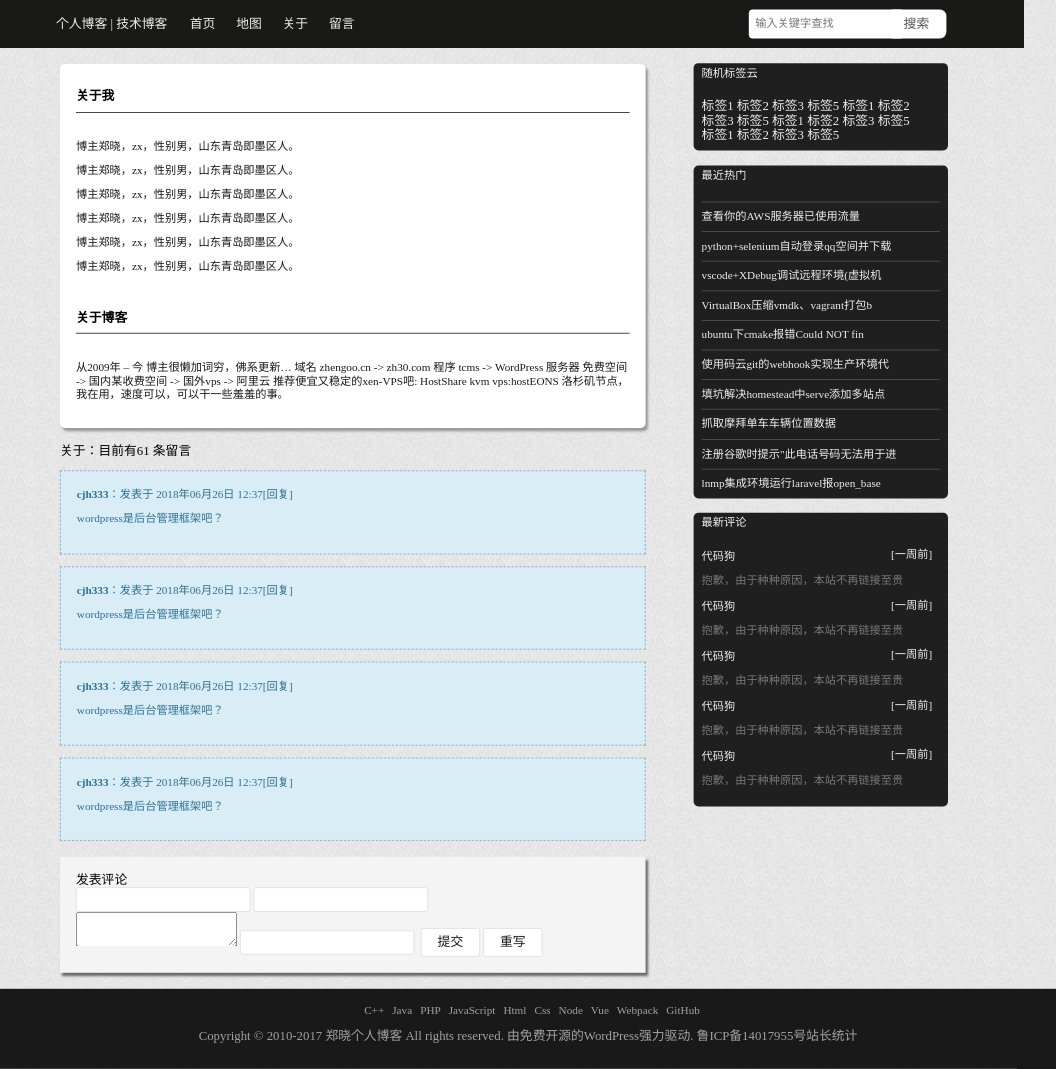
Repository: li1214/my_blog
Page: page/about.html
These files come from the project's save history. The page is drawn as it stood at one moment and after the next save; the edit follows.
The browser window is 1280 px wide. The page is 1320 px wide, so the pictures cover 1320 px, including what lies to the right of the window. The pictures show the whole page, at 80% of full size.

Above is the page before, as saved 2019-01-04 14:41:02.

After the next save:
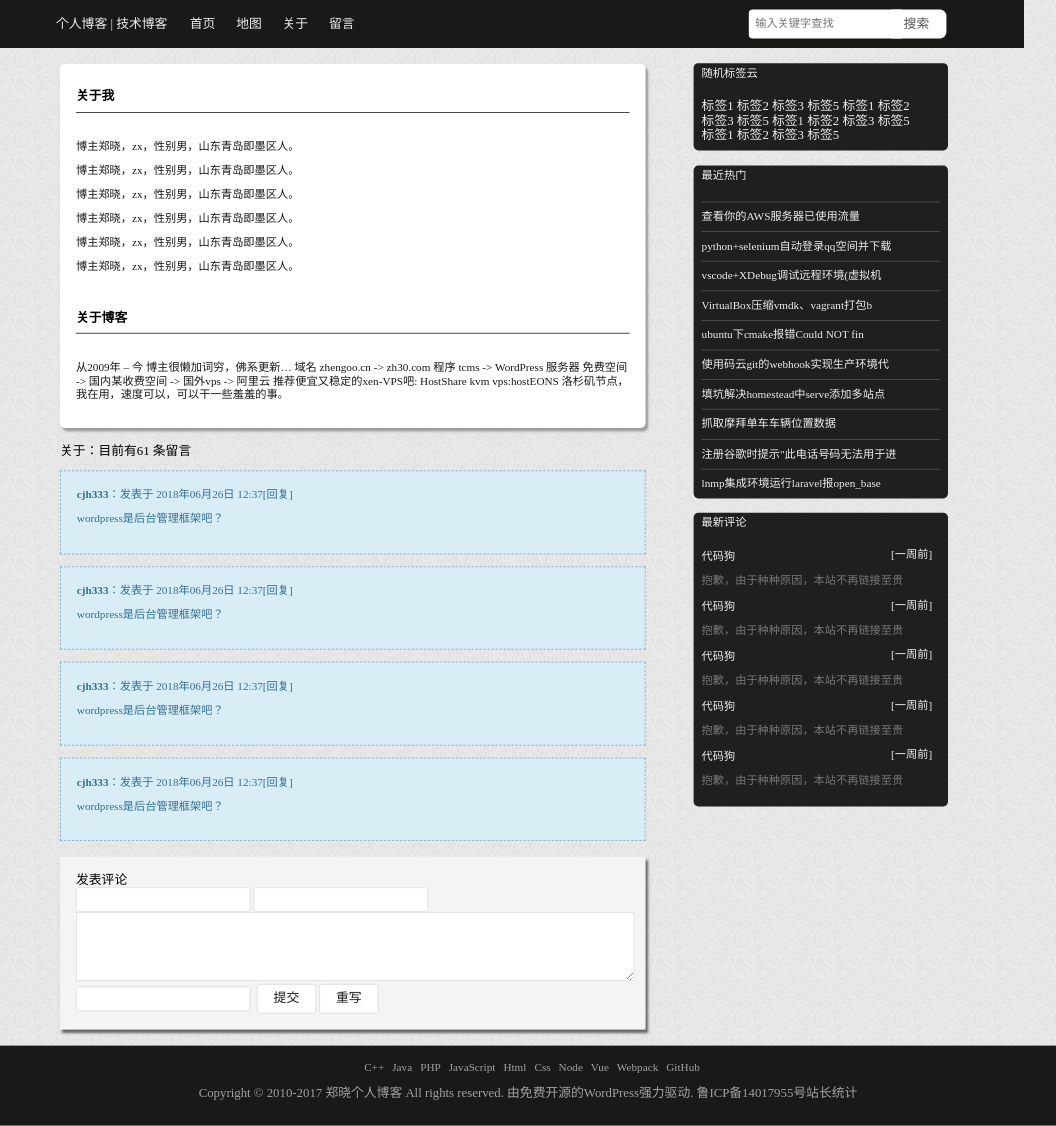
Saved 29 s later.
--- a/page/css/base.css
+++ b/page/css/base.css
@@ -345,4 +345,7 @@ footer p {
 }
 .subly textarea{
   display: inline-block;
-}
+  width: 100%;
+  min-height: 80px;
+  border:1px solid #ddd;
+}
